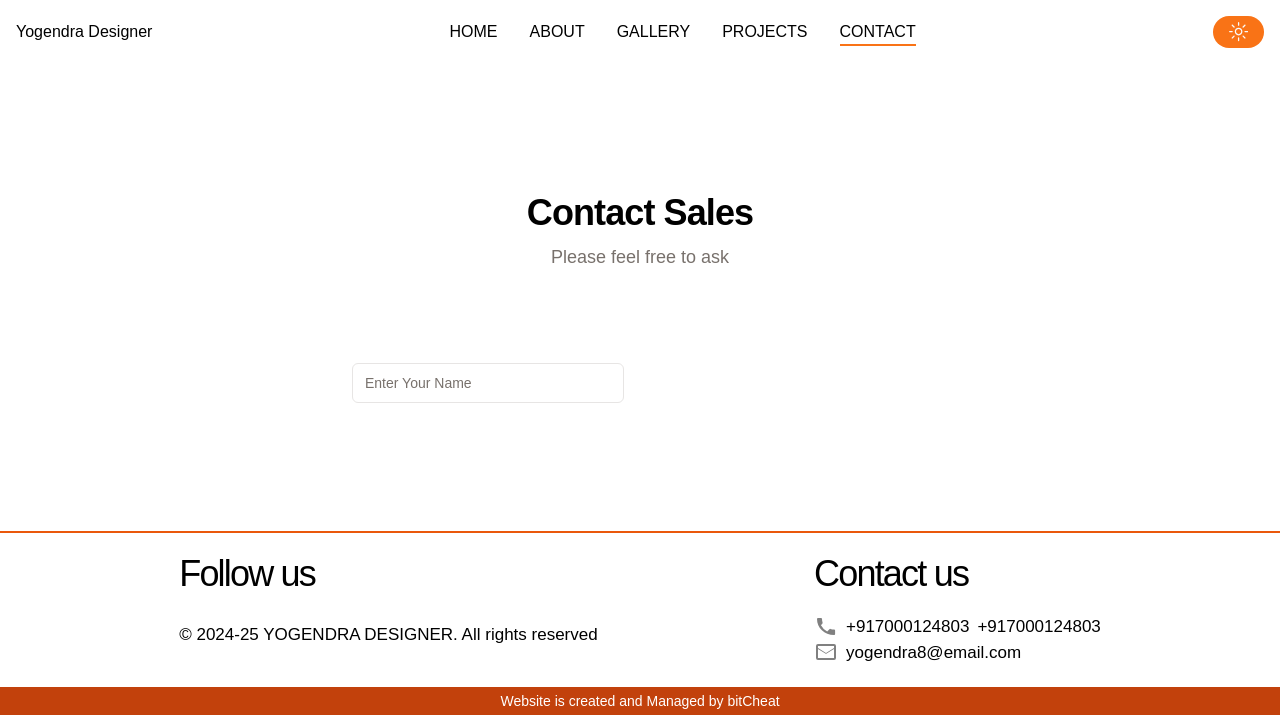
Repository: hitoutvrma/MB_designs-Interior-Designing-website
Page: /contact
The author's editor kept a copy of each file at every save. The page is drawn from the files as they stood at one save, then again after the next save.
The browser window is 1280 px wide. The pictures show the whole page.
The project was rebuilt for these pictures with package versions that can differ from the ones it lists, and the page was loaded fresh each time. The framework's server and built-in components were replaced by stand-ins that run in the browser. Also part of the build but not shown: next.config.mjs.

Above is the page before, as saved 2024-09-16 18:47:27.

### app/layout.js
import localFont from "next/font/local";
import { Sen } from "next/font/google";
import "./globals.css";
import Header from "@/components/ui/Header";
import Footer from "@/components/ui/Footer";
import { ThemeProvider } from "@/components/ThemeProvider";

const josef = Sen({
  subsets:["latin"],
  weight:["400","500","600","700"],
  display:"swap"
})

// const geistSans = localFont({
//   src: "./fonts/GeistVF.woff",
//   variable: "--font-geist-sans",
//   weight: "100 900",
// });
// const geistMono = localFont({
//   src: "./fonts/GeistMonoVF.woff",
//   variable: "--font-geist-mono",
//   weight: "100 900",
// });

export const metadata = {
  title: "Create Next App",
  description: "Generated by create next app",
};

export default function RootLayout({ children }) {
  return (
    <html lang="en" suppressHydrationWarning>
      <body
        className={`${josef.variable} ${josef.variable} overflow-x-hidden antialiased`}
      >
        <ThemeProvider attribute='class' defaultTheme='light'>

        <Header/>
        {children}
        <Footer/>
        </ThemeProvider>
      </body>
    </html>
  );
}

### app/contact/page.jsx
import { Input } from "@/components/ui/input";

export default function ContactSection(){
  return (
      <div className="px-6 py-24 sm:py-32 lg:px-8">
          <div className="mx-auto max-w-2xl text-center">
          <h2 className="text-3xl font-bold tracking-tight sm:text-4xl">Contact Sales</h2>
          <p className="mt-2 text-lg leading-8 text-muted-foreground">Please feel free to ask </p>
          </div>
          <form className="mx-auto mt-16 max-w-xl sm:mt-20" action="">
            <div className="grid grid-cols-1 gap-x-8 gap-y-6 sm:grid-cols-2">
              <div className="mt-2.5">
                <Input type='name' id='name' placeholder='Enter Your Name' />
              </div>
            </div>

          </form>
      </div>
  )
}

### app/globals.css
@tailwind base;
@tailwind components;
@tailwind utilities;


body {
  color: var(--foreground);
  background: var(--background);
  font-family: Arial, Helvetica, sans-serif;
}

@layer utilities {
  .text-balance {
    text-wrap: balance;
  }
}


@layer base {
  :root {
    --background: 0 0% 100%;
    --foreground: 20 14.3% 4.1%;
    --card: 0 0% 100%;
    --card-foreground: 20 14.3% 4.1%;
    --popover: 0 0% 100%;
    --popover-foreground: 20 14.3% 4.1%;
    --primary: 24.6 95% 53.1%;
    --primary-foreground: 60 9.1% 97.8%;
    --secondary: 60 4.8% 95.9%;
    --secondary-foreground: 24 9.8% 10%;
    --muted: 60 4.8% 95.9%;
    --muted-foreground: 25 5.3% 44.7%;
    --accent: 60 4.8% 95.9%;
    --accent-foreground: 24 9.8% 10%;
    --destructive: 0 84.2% 60.2%;
    --destructive-foreground: 60 9.1% 97.8%;
    --border: 20 5.9% 90%;
    --input: 20 5.9% 90%;
    --ring: 24.6 95% 53.1%;
    --radius: 0.5rem;
    --chart-1: 12 76% 61%;
    --chart-2: 173 58% 39%;
    --chart-3: 197 37% 24%;
    --chart-4: 43 74% 66%;
    --chart-5: 27 87% 67%;
  }

  .dark {
    --background: 20 14.3% 4.1%;
    --foreground: 60 9.1% 97.8%;
    --card: 20 14.3% 4.1%;
    --card-foreground: 60 9.1% 97.8%;
    --popover: 20 14.3% 4.1%;
    --popover-foreground: 60 9.1% 97.8%;
    --primary: 20.5 90.2% 48.2%;
    --primary-foreground: 60 9.1% 97.8%;
    --secondary: 12 6.5% 15.1%;
    --secondary-foreground: 60 9.1% 97.8%;
    --muted: 12 6.5% 15.1%;
    --muted-foreground: 24 5.4% 63.9%;
    --accent: 12 6.5% 15.1%;
    --accent-foreground: 60 9.1% 97.8%;
    --destructive: 0 72.2% 50.6%;
    --destructive-foreground: 60 9.1% 97.8%;
    --border: 12 6.5% 15.1%;
    --input: 12 6.5% 15.1%;
    --ring: 20.5 90.2% 48.2%;
    --chart-1: 220 70% 50%;
    --chart-2: 160 60% 45%;
    --chart-3: 30 80% 55%;
    --chart-4: 280 65% 60%;
    --chart-5: 340 75% 55%;
  }
}



@layer base {
  * {
    @apply border-border;
  }
  body {
    @apply bg-background text-foreground;
  }
}

.h1{
  @apply text-6xl xl:text-[72px] xl:leading-[80px] tracking-[-2px] font-bold mb-5 mt-4;
}

### components/ui/Header.jsx
'use client';
import React from 'react'
 import ThemeToggler from '../ThemeToggler'
import MobileNavigation from './MobileNavigation';
import Nav from './Nav';
const Header = () => {
  return (
    <div className='flex justify-between p-4 items-center '>
      <div>Yogendra Designer</div>
      <Nav containerStyles='hidden xl:flex gap-8 items-center' linkStyles='relative hover:text-primary transition-all' underlineStyles ='absolute left-0 top-full h-[2px] bg-primary w-full'
      />
      <div className='flex gap-2 items-center'>

      <ThemeToggler/>
      <div className='xl:hidden'>

      <MobileNavigation/>
      </div>
      </div>
    </div>
  )
}

export default Header

### components/ui/Footer.jsx
import React from 'react'

const Footer = () => {
  return (
    <div className='w-screen'>

    <div class="sm:flex justify-between  border-t-2 border-t-orange-600  backdrop-blur-lg sm:px-[14vw] px-4 py-[3vh] text-[17px] ">
  <div className='mb-8 sm:mb-0'>
    <head>
    <link rel="stylesheet" href="https://cdnjs.cloudflare.com/ajax/libs/font-awesome/6.0.0-beta3/css/all.min.css"/>

    </head>
    <h1 class="pb-5 text-4xl tracking-tighter">Follow us</h1>
    <div className='flex gap-x-6 pb-2 text-4xl'>
    <a href="https://instagram/hitoutvrma" className="text-gray-600 hover:text-pink-500 transition-transform duration-300 transform hover:scale-110"><i class="fa-brands fa-instagram" ></i></a>
      <a href="https://www.linkedin.com/in/hitesh-verma-3695b0254/" className="text-gray-600 hover:text-blue-700 transition-transform duration-300 transform hover:scale-110"><i class="fa-brands fa-linkedin"></i></a>
      <a href="https://x.com/hitesh_404" className="text-gray-600 hover:text-blue-700 transition-transform duration-300 transform hover:scale-110"><i class="fa-brands fa-facebook"></i></a>
    </div>
    <div className='sm:block hidden'>&copy; 2024-25 YOGENDRA DESIGNER. All rights reserved</div>
  </div>
  <div>
    <h1 class="pb-5 text-4xl tracking-tighter">Contact us</h1>
    <div class="flex gap-x-2">
      <svg class="text" xmlns="http://www.w3.org/2000/svg" viewBox="0 0 24 24" width="24" height="24" fill="gray">
        <path d="M6.62 10.79a15.533 15.533 0 006.59 6.59l2.2-2.2a1 1 0 011.09-.27c1.12.37 2.33.57 3.6.57a1 1 0 011 1V20a1 1 0 01-1 1C10.29 21 3 13.71 3 5a1 1 0 011-1h3.01a1 1 0 011 1c0 1.27.2 2.48.57 3.6a1 1 0 01-.27 1.09l-2.2 2.2z" />
      </svg>
      <a href="tel:+917000124803" class="hover:underline">+917000124803</a>
      <a href="tel:+917000124803" class="hover:underline">+917000124803</a>
    </div>
    <div class="flex gap-x-2">
      <svg xmlns="http://www.w3.org/2000/svg" viewBox="0 0 24 24" width="24" height="24" fill="gray">
        <path d="M20 4H4a2 2 0 00-2 2v12a2 2 0 002 2h16a2 2 0 002-2V6a2 2 0 00-2-2zM4 6h16v2l-8 5-8-5V6zm0 12V9l7.39 4.62a1 1 0 001.22 0L20 9v9H4z" />
      </svg>
      <a href="mailto:example@email.com" class="hover:underline">yogendra8@email.com</a>
    </div>
  </div>
    </div>
  <div className='flex items-center justify-center p-1 text-sm bg-orange-700 text-white border-t-orange-600'>Website is created and Managed by bitCheat</div>
</div>

  )
}

export default Footer

### components/ThemeProvider.jsx
'use client';

import { ThemeProvider as NextThemesProvider } from "next-themes";

export function ThemeProvider({ children, ...props }) {
    return <NextThemesProvider {...props}>
        { children }
    </NextThemesProvider>
}

### components/ThemeToggler.jsx
import { Button } from "./ui/button";
import { useTheme } from "next-themes";
import { SunIcon, MoonIcon } from "@radix-ui/react-icons";

const ThemeToggler = () => {
    const { theme, setTheme } = useTheme();

  return (
    <div>
      <Button  onClick={()=>setTheme(theme==='dark'?'light':'dark')}>
        <SunIcon className="h-[1.2rem] w-[1.2rem] scale-100 rotate-0 transition-all dark:rotate-90 dark:scale-0"/>
        <MoonIcon className="w-[1rem] absolute scale-0 rotate-90 transition-all dark:rotate-0 dark:scale-100"/>
      </Button>
    </div>
  )
}

export default ThemeToggler

### components/ui/MobileNavigation.jsx
import React from 'react'

import {Sheet, SheetContent, SheetTrigger} from '@/components/ui/sheet';
import Nav from './Nav';
import { AlignJustify } from 'lucide-react';

const MobileNavigation = () => {
  return (
    <Sheet>
        <SheetTrigger asChild>
            <AlignJustify className='cursor-pointer'/>
        </SheetTrigger>
        <SheetContent>
            <div className='p-3 flex flex-col items-center'>
                <div>
                    <div>Yogendra designer</div>
                    <Nav containerStyles='flex flex-col items-center gap-y-2' linkStyles='text-1xl '/>
                </div>
            </div>
        </SheetContent>
    </Sheet>
  )
}

export default MobileNavigation

### components/ui/Nav.jsx
//Hooks

import { usePathname } from "next/navigation";
import { motion } from "framer-motion";
import Link from "next/link";

const links = [
    {
        path:'/',name:'home'
    },
    {
        path:'/about',name:'about'
    },
    {
        path:'/gallery',name:'gallery'
    },
    {
        path:'/projects',name:'projects'
    },
    {
        path:'/contact',name:'contact'
    },
]
const Nav = ({ containerStyles, linkStyles, underlineStyles } ) => {

    const path = usePathname();
  return (
    <div className={`${containerStyles}`} >
        {
            links.map((link,index) =>{
                return(
                    <Link href={link.path}
                    key={index} className={`uppercase ${linkStyles}`}>
                        {link.path===path && (
                            <motion.span
                            initial={{y:'-100%'}}
                            animate={{y:0}}
                            transition={{ type:'tween'}}
                            layoutId="underline"
                            className={`${underlineStyles}`}
                            />
                        )}
                        {link.name}

                    </Link>
                )
            })
        }
      </div>
  )
}

export default Nav

### components/ui/button.jsx
import * as React from "react"
import { Slot } from "@radix-ui/react-slot"
import { cva } from "class-variance-authority";

import { cn } from "@/lib/utils"

const buttonVariants = cva(
  "inline-flex items-center justify-center whitespace-nowrap rounded-full text-base font-medium ring-offset-background transition-colors focus-visible:outline-none focus-visible:ring-2 focus-visible:ring-ring focus-visible:ring-offset-2 disabled:pointer-events-none disabled:opacity-50",
  {
    variants: {
      variant: {
        default: "bg-primary text-primary-foreground hover:bg-primary/90",
        destructive:
          "bg-destructive text-destructive-foreground hover:bg-destructive/90",
        outline:
          "border border-input bg-background hover:bg-accent hover:text-accent-foreground",
        secondary:
          "bg-secondary text-secondary-foreground hover:bg-secondary/80",
        ghost: "hover:bg-accent hover:text-accent-foreground",
        link: "text-primary underline-offset-4 hover:underline",
      },
      size: {
        default: "sm:h-[2.5vw] h-[7vw] px-4 py-2",
        sm: "h-9 rounded-md px-3",
        lg: "h-11 rounded-md px-8",
        icon: "h-10 w-10",
      },
    },
    defaultVariants: {
      variant: "default",
      size: "default",
    },
  }
)

const Button = React.forwardRef(({ className, variant, size, asChild = false, ...props }, ref) => {
  const Comp = asChild ? Slot : "button"
  return (
    (<Comp
      className={cn(buttonVariants({ variant, size, className }))}
      ref={ref}
      {...props} />)
  );
})
Button.displayName = "Button"

export { Button, buttonVariants }

### components/ui/sheet.jsx
"use client";
import * as React from "react"
import * as SheetPrimitive from "@radix-ui/react-dialog"
import { cva } from "class-variance-authority";
import { X } from "lucide-react"

import { cn } from "@/lib/utils"

const Sheet = SheetPrimitive.Root

const SheetTrigger = SheetPrimitive.Trigger

const SheetClose = SheetPrimitive.Close

const SheetPortal = SheetPrimitive.Portal

const SheetOverlay = React.forwardRef(({ className, ...props }, ref) => (
  <SheetPrimitive.Overlay
    className={cn(
      "fixed inset-0 z-50 bg-black/80  data-[state=open]:animate-in data-[state=closed]:animate-out data-[state=closed]:fade-out-0 data-[state=open]:fade-in-0",
      className
    )}
    {...props}
    ref={ref} />
))
SheetOverlay.displayName = SheetPrimitive.Overlay.displayName

const sheetVariants = cva(
  "fixed z-50 gap-4 bg-background p-6 shadow-lg transition ease-in-out data-[state=open]:animate-in data-[state=closed]:animate-out data-[state=closed]:duration-300 data-[state=open]:duration-500",
  {
    variants: {
      side: {
        top: "inset-x-0 top-0 border-b data-[state=closed]:slide-out-to-top data-[state=open]:slide-in-from-top",
        bottom:
          "inset-x-0 bottom-0 border-t data-[state=closed]:slide-out-to-bottom data-[state=open]:slide-in-from-bottom",
        left: "inset-y-0 left-0 h-full w-3/4 border-r data-[state=closed]:slide-out-to-left data-[state=open]:slide-in-from-left sm:max-w-sm",
        right:
          "inset-y-0 right-0 h-full w-3/4  border-l data-[state=closed]:slide-out-to-right data-[state=open]:slide-in-from-right sm:max-w-sm",
      },
    },
    defaultVariants: {
      side: "right",
    },
  }
)

const SheetContent = React.forwardRef(({ side = "right", className, children, ...props }, ref) => (
  <SheetPortal>
    <SheetOverlay />
    <SheetPrimitive.Content ref={ref} className={cn(sheetVariants({ side }), className)} {...props}>
      {children}
      <SheetPrimitive.Close
        className="absolute right-4 top-4 rounded-sm opacity-70 ring-offset-background transition-opacity hover:opacity-100 focus:outline-none focus:ring-2 focus:ring-ring focus:ring-offset-2 disabled:pointer-events-none data-[state=open]:bg-secondary">
        <X className="h-4 w-4" />
        <span className="sr-only">Close</span>
      </SheetPrimitive.Close>
    </SheetPrimitive.Content>
  </SheetPortal>
))
SheetContent.displayName = SheetPrimitive.Content.displayName

const SheetHeader = ({
  className,
  ...props
}) => (
  <div
    className={cn("flex flex-col space-y-2 text-center sm:text-left", className)}
    {...props} />
)
SheetHeader.displayName = "SheetHeader"

const SheetFooter = ({
  className,
  ...props
}) => (
  <div
    className={cn("flex flex-col-reverse sm:flex-row sm:justify-end sm:space-x-2", className)}
    {...props} />
)
SheetFooter.displayName = "SheetFooter"

const SheetTitle = React.forwardRef(({ className, ...props }, ref) => (
  <SheetPrimitive.Title
    ref={ref}
    className={cn("text-lg font-semibold text-foreground", className)}
    {...props} />
))
SheetTitle.displayName = SheetPrimitive.Title.displayName

const SheetDescription = React.forwardRef(({ className, ...props }, ref) => (
  <SheetPrimitive.Description
    ref={ref}
    className={cn("text-sm text-muted-foreground", className)}
    {...props} />
))
SheetDescription.displayName = SheetPrimitive.Description.displayName

export {
  Sheet,
  SheetPortal,
  SheetOverlay,
  SheetTrigger,
  SheetClose,
  SheetContent,
  SheetHeader,
  SheetFooter,
  SheetTitle,
  SheetDescription,
}

### tailwind.config.js
/** @type {import('tailwindcss').Config} */
module.exports = {
	darkMode: ["class"], // Dark mode setting
	content: [
	  "./pages/**/*.{js,ts,jsx,tsx,mdx}",
	  "./components/**/*.{js,ts,jsx,tsx,mdx}",
	  "./app/**/*.{js,ts,jsx,tsx,mdx}",
	],
	theme: {
	  // Container customization
	  container: {
		center: true, // Centers the container horizontally
		padding: '2rem', // Adds 1rem of padding (16px) on all sides
		screens: {
		  sm: '100%',  // Container takes 100% width on small screens
		  md: '100%',  // Container takes 100% width on medium screens
		  lg: '1024px', // Container is 1024px wide on large screens
		  xl: '1280px', // Container is 1280px wide on extra-large screens
		  '2xl': '1536px', // Container is 1536px wide on 2XL screens
		},
	  },
	  extend: {
		// Extending color palette
		colors: {
		  background: 'hsl(var(--background))',
		  foreground: 'hsl(var(--foreground))',
		  card: {
			DEFAULT: 'hsl(var(--card))',
			foreground: 'hsl(var(--card-foreground))',
		  },
		  popover: {
			DEFAULT: 'hsl(var(--popover))',
			foreground: 'hsl(var(--popover-foreground))',
		  },
		  primary: {
			DEFAULT: 'hsl(var(--primary))',
			foreground: 'hsl(var(--primary-foreground))',
		  },
		  secondary: {
			DEFAULT: 'hsl(var(--secondary))',
			foreground: 'hsl(var(--secondary-foreground))',
		  },
		  muted: {
			DEFAULT: 'hsl(var(--muted))',
			foreground: 'hsl(var(--muted-foreground))',
		  },
		  accent: {
			DEFAULT: 'hsl(var(--accent))',
			foreground: 'hsl(var(--accent-foreground))',
		  },
		  destructive: {
			DEFAULT: 'hsl(var(--destructive))',
			foreground: 'hsl(var(--destructive-foreground))',
		  },
		  border: 'hsl(var(--border))',
		  input: 'hsl(var(--input))',
		  ring: 'hsl(var(--ring))',
		  chart: {
			'1': 'hsl(var(--chart-1))',
			'2': 'hsl(var(--chart-2))',
			'3': 'hsl(var(--chart-3))',
			'4': 'hsl(var(--chart-4))',
			'5': 'hsl(var(--chart-5))',
		  },
		},
		// Extending border radius
		borderRadius: {
		  lg: 'var(--radius)',
		  md: 'calc(var(--radius) - 2px)',
		  sm: 'calc(var(--radius) - 4px)',
		},
	  },
	},
	plugins: [require("tailwindcss-animate")],
  };

Loaded but not shown: components/ui/input.jsx (common file); lib/utils.js (common file)

After the next save:
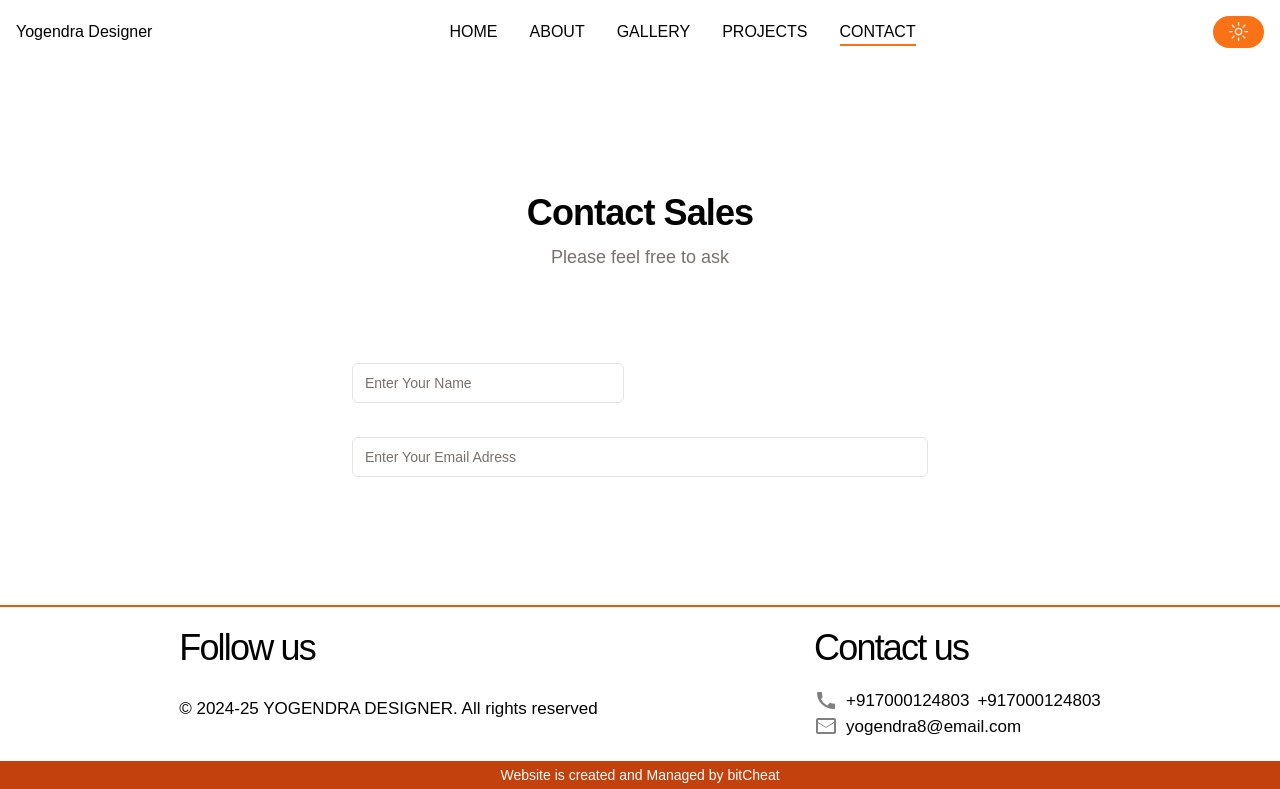
Saved 2 min 38 s later.
--- a/app/contact/page.jsx
+++ b/app/contact/page.jsx
@@ -12,6 +12,12 @@ export default function ContactSection(){
               <div className="mt-2.5">
                 <Input type='name' id='name' placeholder='Enter Your Name' />
               </div>
+              <div className="sm:col-span-2">
+                <div className="mt-2.5">
+                <Input type='email' id='name' placeholder='Enter Your Email Adress' />
+
+                </div>
+              </div>
             </div>
 
           </form>
